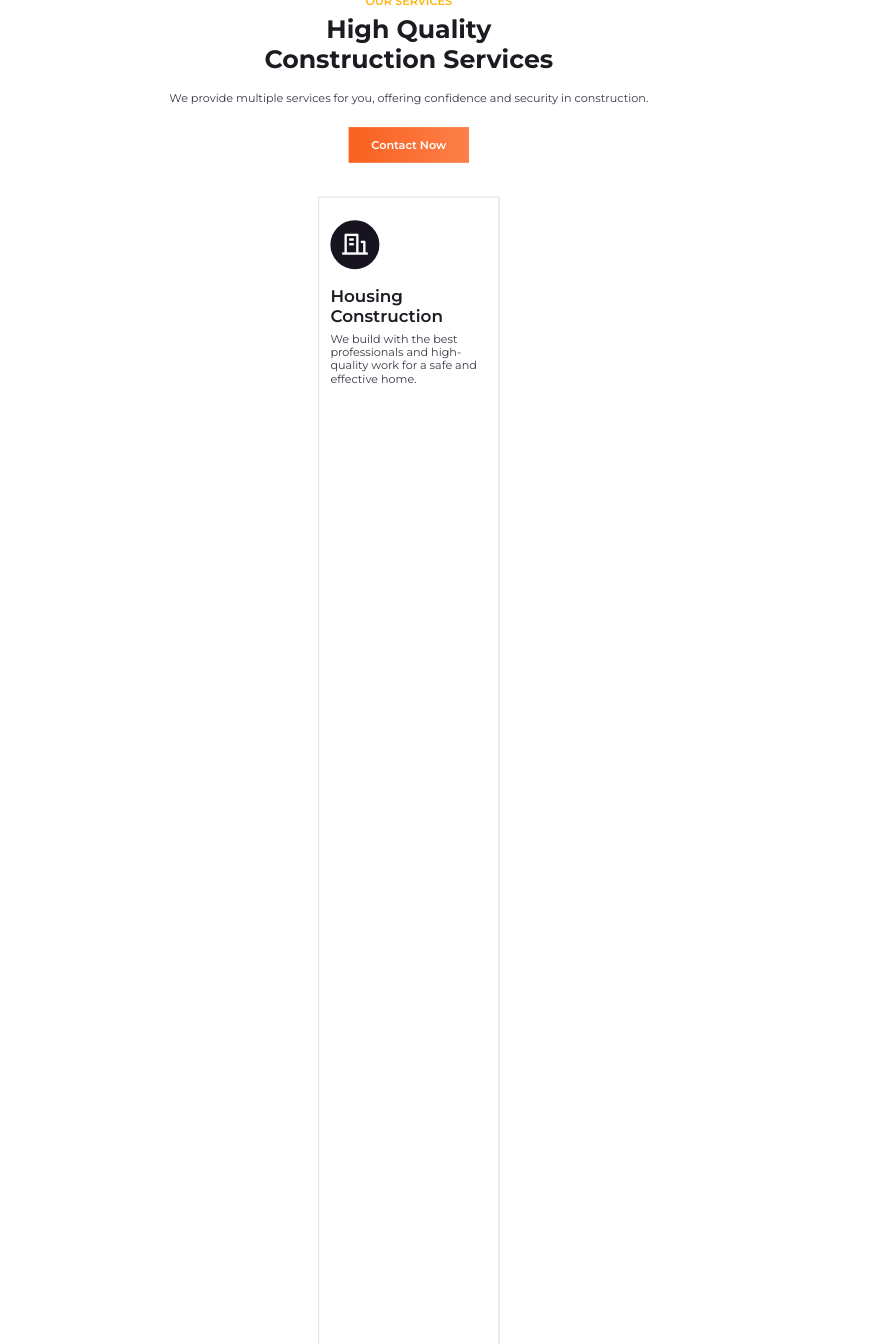
Repository: douglasabnovato/construction
Page: index.html
An editor plug-in stored every save of this project. The page is shown before and after the next save, followed by the edit.
The browser window is 1280 px wide. The pictures show the part of the page from y = 2751 to 4671 px (the page is 33554432 px tall before and 3511 px after), at 70% of full size.

Above is the page before, as saved 2025-05-01 18:08:14.

### index.html
<!DOCTYPE html>
<html lang="en">
  <head>
    <meta charset="UTF-8" />
    <meta name="viewport" content="width=device-width, initial-scale=1.0" />

    <!--=============== FAVICON ===============-->
    <link
      rel="shortcut icon"
      href="assets/img/favicon.png"
      type="image/x-icon"
    />

    <!--=============== REMIXICONS ===============-->
    <link
      rel="stylesheet"
      href="https://cdnjs.cloudflare.com/ajax/libs/remixicon/4.2.0/remixicon.css"
    />

    <!--=============== SWIPER CSS ===============-->
    <link rel="stylesheet" href="./assets/css/swiper-bundle.min.css" />

    <!--=============== CSS ===============-->
    <link rel="stylesheet" href="assets/css/styles.css" />

    <title>Construction</title>
  </head>
  <body>
    <!--==================== HEADER ====================-->
    <header class="header bg-header" id="header">
      <nav class="nav container">
        <a href="#" class="nav__logo">
          <i class="ri-bulding-3-line"></i>
          <span>Construct</span>
        </a>
        <div class="nav__menu" id="nav-menu">
          <u class="nav__list">
            <li>
              <a href="#home" class="nav__link">Home</a>
            </li>
            <li>
              <a href="#aboutus" class="nav__link"> About Us</a>
            </li>
            <li>
              <a href="#services" class="nav__link"> Services</a>
            </li>
            <li>
              <a href="#projects" class="nav__link"> Projects</a>
            </li>
            <li>
              <a href="#contactus" class="nav__link button"> Contact Us</a>
            </li>
          </u>
          <!-- Close Button -->
          <div class="nav__close" id="nav-close">
            <i class="ri-close-large-line"></i>
          </div>
        </div>
        <!-- Toggle menu -->
        <div class="nav__toggle" id="nav-toggle">
          <i class="ri-apps-2-line"></i>
        </div>
      </nav>
    </header>

    <!--==================== MAIN ====================-->
    <main class="main">
      <!--==================== HOME ====================-->
      <section class="home section" id="home">
        <img
          src="./assets/img/home-lines-bg.svg"
          alt="image"
          class="home__lines"
        />
        <div class="home__container container grid">
          <div class="home__container grid">
            <div class="home__data">
              <h1 class="home__title">
                Create The<br />
                Constructions<br />
                You Want Here
              </h1>
              <p class="home__description">
                We provide the best home design, construction and maintenance
                services for you and your family.
              </p>
              <div class="home__buttons">
                <a href="#services" class="button">Our Services</a>
                <a href="#projects" class="button__link"
                  ><span>View Projects</span> <i class="ri-arrow-right-line"></i
                ></a>
              </div>
            </div>
            <div class="home__info">
              <div>
                <h3 class="home__info-title">10+</h3>
                <p class="home__info-description">
                  Years of <br />
                  Experience
                </p>
              </div>
              <div>
                <h3 class="home__info-title">200</h3>
                <p class="home__info-description">
                  Complete <br />
                  Projects
                </p>
              </div>
            </div>
          </div>
          <div class="home__images">
            <img src="./assets/img/home-img-1.png" alt="imagem" />
            <img src="./assets/img/home-img-2.png" alt="imagem" />
          </div>
        </div>
      </section>

      <!--==================== ABOUT ====================-->
      <section class="about section" id="about">
        <div class="about__container container grid">
          <div class="about__data">
            <span class="section__subtitle">ABOUT US</span>
            <h2 class="section__title">
              We Provide The Best <br />
              Service To Build
            </h2>
            <p class="about__description">
              We strive to provide the best professionals to make your project a
              construction masterpiece, something unique and unmatched.
            </p>
            <ul class="about__list grid">
              <li class="about__list-item">
                <i class="ri-checkbox-circle-line"></i>
                <span>Professional workers</span>
              </li>
              <li class="about__list-item">
                <i class="ri-checkbox-circle-line"></i>
                <span>Guaranteed quality</span>
              </li>
              <li class="about__list-item">
                <i class="ri-checkbox-circle-line"></i>
                <span>Extensive experience</span>
              </li>
              <li class="about__list-item">
                <i class="ri-checkbox-circle-line"></i>
                <span>We quote your project</span>
              </li>
            </ul>
            <a href="#" class="button">View Projects</a>
          </div>
          <div class="about__images">
            <img
              src="./assets/img/about-img-1.png"
              alt="image"
              class="about__img-1"
            />
            <img
              src="./assets/img/about-img-2.png"
              alt="image"
              class="about__img-2"
            />
          </div>
        </div>
      </section>

      <!--==================== SERVICES ====================-->
      <section class="services section" id="services">
        <div class="services__container container grid">
          <div class="services__data">
            <div>
              <span class="section__subtitle">OUR SERVICES</span>
              <h2 class="section__title">
                High Quality <br />
                Construction Services
              </h2>
            </div>
            <p class="services__description">
              We provide multiple services for you, offering confidence and
              security in construction.
            </p>
            <a href="#contact" class="button">Contact Now</a>
          </div>
          <div class="services__swiper swiper">
            <div class="swiper-wrapper">
              <article class="services__card swiper-slide">
                <div class="services__icon">
                  <i class="ri-building-line"></i>
                </div>
                <h3 class="services__title">
                  Housing <br />
                  Construction
                </h3>
                <p>
                  We build with the best professionals and high-quality work for
                  a safe and effective home.
                </p>
              </article>
              <article class="services__card swiper-slide">
                <div class="services__icon">
                  <i class="ri-home-office-line"></i>
                </div>
                <h3 class="services__title">
                  Construction Of <br />
                  Home Areas
                </h3>
                <p>
                  We build with the best professionals and high-quality work for
                  a safe and effective home.
                </p>
              </article>
              <article class="services__card swiper-slide">
                <div class="services__icon"><i class="ri-tools-line"></i></div>
                <h3 class="services__title">
                  Maintenance & <br />
                  Repair
                </h3>
                <p>
                  We build with the best professionals and high-quality work for
                  a safe and effective home.
                </p>
              </article>
              <article class="services__card swiper-slide">
                <div class="services__icon"><i class="ri-box-3-line"></i></div>
                <h3 class="services__title">
                  Installation Of <br />
                  ceramics & Others
                </h3>
                <p>
                  We build with the best professionals and high-quality work for
                  a safe and effective home.
                </p>
              </article>
              <article class="services__card swiper-slide">
                <div class="services__icon"><i class="ri-drop-line"></i></div>
                <h3 class="services__title">
                  Water & Drainage <br />
                  Installation
                </h3>
                <p>
                  We build with the best professionals and high-quality work for
                  a safe and effective home.
                </p>
              </article>
            </div>
          </div>
          <!-- Navigation buttons -->
           <div class="swiper-button-prev">
            <i class="ri-arrow-left-line"></i>
           </div>
           <div class="swiper-button-next">
            <i class="ri-arrow-right-line"></i>
           </div>
        </div>
        <div class="services__shape"></div>
      </section>

      <!--==================== PROJECTS ====================-->
      <section class="projects section" id="projects"></section>

      <!--==================== CONTACT ====================-->
      <section class="contact section" id="contact"></section>
    </main>

    <!--==================== FOOTER ====================-->
    <footer class="footer"></footer>

    <!--========== SCROLL UP ==========-->

    <!--=============== SCROLLREVEAL ===============-->
    <script src=""></script>

    <!--=============== SWIPER JS ===============-->
    <script src="./assets/js/swiper-bundle.min.js"></script>

    <!--=============== MAIN JS ===============-->
    <script src="assets/js/main.js"></script>
  </body>
</html>

### assets/css/styles.css
/*=============== GOOGLE FONTS ===============*/
@import url("https://fonts.googleapis.com/css2?family=Montserrat:wght@100..900&display=swap");

/*=============== VARIABLES CSS ===============*/
:root {
  --header-height: 3.5rem;

  /*========== Colors ==========*/
  /*Color mode HSL(hue, saturation, lightness)*/
  --first-color: hsl(18, 95%, 55%);
  --second-color: hsl(42, 98%, 52%);
  --first-gradient: linear-gradient(
    90deg,
    hsl(18, 95%, 55%),
    hsl(18, 98%, 64%)
  );
  --title-color: hsl(255, 12%, 12%);
  --text-color: hsl(225, 12%, 24%);
  --text-color-light: hsl(255, 4%, 70%);
  --body-color: hsl(0, 0%, 100%);
  --container-color: hsl(0, 0%, 100%);
  --white-color: hsl(0, 0%, 100%);
  --black-color: hsl(255, 20%, 10%);
  --gray-border: hsl(255, 6%, 90%);
  --black-border: hsl(255, 10%, 20%);

  /*========== Font and typography ==========*/
  /*.5rem = 8px | 1rem = 16px ...*/
  --body-font: "Montserrat", sans-serif;
  --big-font-size: 2.25rem;
  --h1-font-size: 1.5rem;
  --h2-font-size: 1.25rem;
  --h3-font-size: 1rem;
  --normal-font-size: 0.938rem;
  --small-font-size: 0.813rem;

  /*========== Font weight ==========*/
  --font-regular: 400;
  --font-medium: 500;
  --font-semi-bold: 600;
  --font-bold: 700;

  /*========== z index ==========*/
  --z-tooltip: 10;
  --z-fixed: 100;
}

/*========== Responsive typography ==========*/
@media screen and (min-width: 1150px) {
  :root {
    --big-font-size: 3.5rem;
    --h1-font-size: 2.25rem;
    --h2-font-size: 1.5rem;
    --h3-font-size: 1.25rem;
    --normal-font-size: 1rem;
    --small-font-size: 0.875rem;
  }
}

/*=============== BASE ===============*/
* {
  box-sizing: border-box;
  padding: 0;
  margin: 0;
}

html {
  scroll-behavior: smooth;
}

body {
  font-family: var(--body-font);
  font-size: var(--normal-font-size);
  background-color: var(--body-color);
  color: var(--text-color);
}

h1,
h2,
h3,
h4 {
  color: var(--title-color);
  font-weight: var(--font-semi-bold);
}

ul {
  list-style: none;
}

a {
  text-decoration: none;
}

img {
  display: block;
  max-width: 100%;
  height: auto;
}

/*=============== REUSABLE CSS CLASSES ===============*/
.container {
  max-width: 1120px;
  margin-inline: 1.5rem;
}

.grid {
  display: grid;
  gap: 1.5rem;
}

.section {
  padding-block: 5rem 1rem;
}
.section__title,
.section__subtitle {
  text-align: center;
}

.section__title {
  font-size: var(--h1-font-size);
  font-weight: var(--font-bold);
  margin-bottom: 1.5rem;
}

.section__subtitle {
  display: block;
  font-size: var(--normal-font-size);
  font-weight: var(--font-semi-bold);
  color: var(--second-color);
  margin-bottom: 0.5rem;
}

.main {
  overflow: hidden;
}

/*=============== HEADER & NAV ===============*/
.header {
  position: fixed;
  width: 100%;
  top: 0;
  left: 0;
  background-color: transparent;
  z-index: var(--z-fixed);
  transition: background-color 0.4s;
}

.nav {
  position: relative;
  height: var(--header-height);
  display: flex;
  justify-content: space-between;
  align-items: center;
}

.nav__logo {
  display: flex;
  align-items: center;
  column-gap: 0.25rem;
}

.nav__logo span {
  color: var(--white-color);
  font-weight: var(--font-semi-bold);
  transition: color 0.4s;
}

.nav__logoi i {
  color: var(--first-color);
  font-size: 1.5rem;
}

.nav__toggle,
.nav__close {
  font-size: 1.5rem;
  color: var(--white-color);
  cursor: pointer;
  transition: color 0.4s;
}

/* Navigation for mobile devices */
@media screen and (max-width: 1150px) {
  .nav__menu {
    position: fixed;
    top: 0;
    right: -100%;
    background-color: var(--black-color);
    width: 80%;
    height: 100%;
    padding: 7.5rem 3.5rem 0;
    border-left: 2px solid var(--black-border);
    transition: right 0.4s;
  }
}

.nav__list {
  display: flex;
  flex-direction: column;
  row-gap: 4rem;
}

.nav__link {
  color: var(--text-color-light);
  font-weight: var(--font-semi-bold);
  transition: color 0.4s;
}

.nav__link:hover {
  color: var(--first-color);
}

.nav__close {
  position: absolute;
  top: 1rem;
  right: 1.5rem;
}

/* Show menu */
.show-menu {
  right: 0;
}

/* Change background header */
.bg-header {
  background-color: var(--body-color);
  box-shadow: 0 4px 16px hsla(255, 90%, 8%, 0.1);
}

.bg-header .nav__logo span,
.bg-header .nav__toggle {
  color: var(--title-color);
}

/* Active link */

/*=============== HOME ===============*/
.home {
  position: relative;
  background-color: var(--black-color);
}

.home__container {
  position: relative;
  row-gap: 3rem;
  padding-block: 2.5rem 6rem;
}

.home__content {
  row-gap: 2.5rem;
}

.home__data {
  text-align: center;
}

.home__title {
  color: var(--white-color);
  font-size: var(--big-font-size);
  font-weight: var(--font-bold);
  margin-bottom: 1rem;
}

.home__description {
  margin-bottom: 2.5rem;
  color: var(--text-color-light);
}

.home_buttons {
  display: flex;
  justify-content: center;
  align-items: center;
  gap: 1rem;
}

.home__info {
  display: flex;
  justify-content: center;
  column-gap: 4.5rem;
}

.home__info-title {
  color: var(--second-color);
  font-size: var(--big-font-size);
  font-weight: var(--font-bold);
  margin-bottom: 0.5rem;
}

.home__info-description {
  font-size: var(--small-font-size);
  color: var(--white-color);
}

.home__images {
  position: relative;
  justify-self: center;
}

.home__img-1 {
  width: 250px;
  margin-left: 3.5rem;
}

.home__img-2 {
  width: 150px;
  border: 5px solid var(--black-color);
  position: absolute;
  left: 0;
  bottom: -3.5rem;
}

.home__lines {
  position: absolute;
  top: 0;
  left: 0;
  width: 100%;
  height: 100%;
  object-fit: cover;
  object-position: right;
}

/*=============== BUTTON ===============*/
.button {
  display: inline-flex;
  background: var(--first-gradient);
  color: var(--white-color);
  font-weight: var(--font-semi-bold);
  padding: 1rem 2rem;
  transition: box-shadow 0.4s;
}

.button:hover {
  box-shadow: 0 8px 32px hsla(18, 95%, 55%, 0.3);
  color: var(--white-color);
}

.button__link {
  display: flex;
  align-items: center;
  column-gap: 0.25rem;
  color: var(--first-color);
}

.button__link span {
  font-weight: var(--font-semi-bold);
}

.button__link i {
  font-size: 1.5rem;
  transition: transform 0.4s;
}

.button__link:hover i {
  transform: translateX(0.25rem);
}

/*=============== ABOUT ===============*/
.about__container {
  row-gap: 8rem;
}

.about__data {
  text-align: center;
}

.about__description {
  margin-bottom: 2rem;
}

.about__list {
  text-align: initial;
  grid-template-columns: repeat(2, 130px);
  justify-content: center;
  gap: 1.5rem;
  margin-bottom: 2.5rem;
}

.about__list-item {
  display: flex;
  column-gap: 0.5rem;
  color: var(--tittle-color);
}

.about__list-item i {
  font-size: 1.25rem;
  color: var(--first-color);
}

.about__images {
  position: relative;
  justify-self: center;
}

.about__img-1 {
  width: 200px;
  border: 5px solid var(--body-color);
  position: absolute;
  top: -5rem;
  left: 6rem;
}

.about__img-2 {
  width: 250px;
  margin-right: 2.5rem;
}

/*=============== SERVICES ===============*/
.services {
  position: relative;
}

.services__container {
  position: relative;
  row-gap: 3rem;
}

.services__data {
  text-align: center;
}

.services__description {
  margin-bottom: 2rem;
}

.services__card {
  width: 260px;
  background-color: var(--container-color);
  border: 2px solid var(--gray-border);
  padding: 2rem 1rem 3.5rem;
  transition: border-color 0.4s;
}

.services__card:hover {
  border-color: var(--first-color);
}

.services__icon {
  width: 70px;
  height: 70px;
  background-color: var(--black-color);
  color: var(--white-color);
  border-radius: 50%;
  display: grid;
  place-items: center;
  font-size: 2.5rem;
  margin-bottom: 1.5rem;
}

.services__title {
  font-size: var(--h2-font-size);
  margin-bottom: .5rem;
}

/* Swiper class */

/*=============== PROJECTS ===============*/

/*=============== CONTACT ===============*/

/*=============== FOOTER ===============*/

/*=============== SCROLL BAR ===============*/

/*=============== SCROLL UP ===============*/

/* Show Scroll Up */

/*=============== BREAKPOINTS ===============*/
/* For small devices */

/* For medium devices */

/* For large devices */

### assets/js/main.js
/*=============== SHOW MENU ===============*/
const navMenu = document.getElementById("nav-menu"),
  navToggle = document.getElementById("nav-toggle"),
  navClose = document.getElementById("nav-close");

/* Menu show */
if (navToggle) {
  navToggle.addEventListener("click", () => {
    navMenu.classList.add("show-menu");
  });
}

/* Menu hidden */
if (navClose) {
  navClose.addEventListener("click", () => {
    navMenu.classList.remove("show-menu");
  });
}

/*=============== REMOVE MENU MOBILE ===============*/
const navLink = document.querySelectorAll(".nav__link");

const linkAction = () => {
  const navMenu = document.getElementById("nav-menu");
  // When we click on each nav__link, we remove the show-menu class
  navMenu.classList.remove("show-menu");
};
navLink.forEach((n) => n.addEventListener("click", linkAction));

/*=============== CHANGE BACKGROUND HEADER ===============*/
const bgHeader = () => {
  const header = document.getElementById("header");
  // Add a class if the bottom offset is greater than 50 of the viewport
  this.scrollY >= 50
    ? header.classList.add("bg-header")
    : header.classList.remove("bg-header");
};
window.addEventListener("scroll", bgHeader);
bgHeader();

/*=============== SWIPER SERVICES ===============*/
const swiper = new Swiper(".swiper", {
  // Optional parameters
  direction: "vertical",
  loop: true,

  // If we need pagination
  pagination: {
    el: ".swiper-pagination",
  },

  // Navigation arrows
  navigation: {
    nextEl: ".swiper-button-next",
    prevEl: ".swiper-button-prev",
  },
});

/*=============== SHOW SCROLL UP ===============*/

/*=============== SCROLL SECTIONS ACTIVE LINK ===============*/

/*=============== SCROLL REVEAL ANIMATION ===============*/

Loaded but not shown: assets/css/swiper-bundle.min.css (library); assets/js/swiper-bundle.min.js (library)

After the next save:
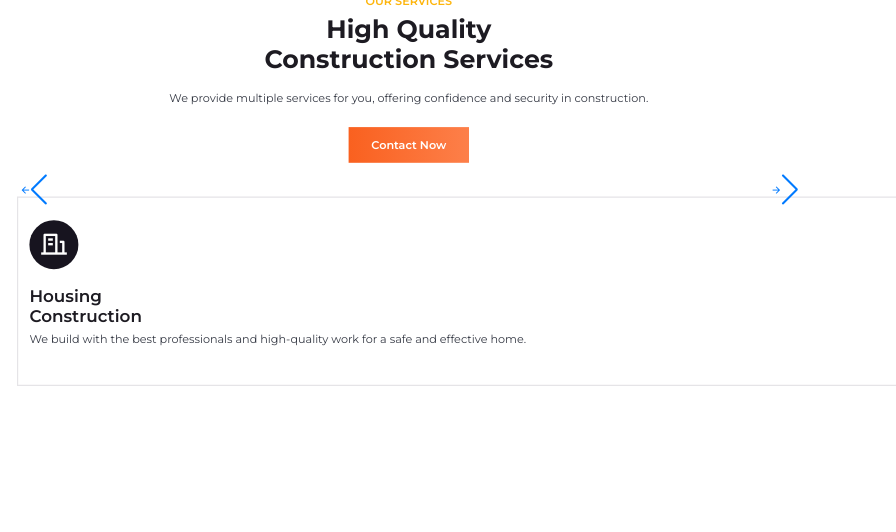
Saved 26 s later.
--- a/assets/js/main.js
+++ b/assets/js/main.js
@@ -40,14 +40,7 @@ bgHeader();
 
 /*=============== SWIPER SERVICES ===============*/
 const swiper = new Swiper(".swiper", {
-  // Optional parameters
-  direction: "vertical",
   loop: true,
-
-  // If we need pagination
-  pagination: {
-    el: ".swiper-pagination",
-  },
 
   // Navigation arrows
   navigation: {
